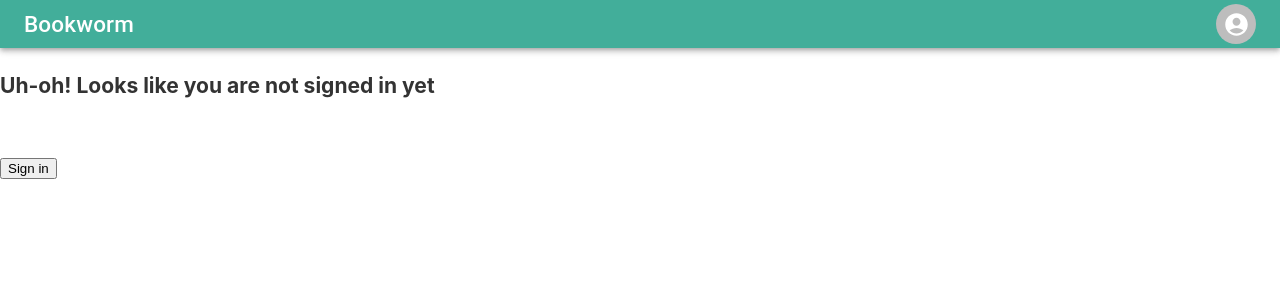
Repository: marianfran/bookworm
Page: /profile
The author's editor kept a copy of each file at every save. The page is drawn from the files as they stood at one save, then again after the next save.
The browser window is 1280 px wide. The pictures show the whole page.
The page's requests for data from a server got no answer. The project was rebuilt for these pictures with package versions that can differ from the ones it lists, and the page was loaded fresh each time. The framework's server and built-in components were replaced by stand-ins that run in the browser. No one was signed in, and anything a server would have sent is missing. Also part of the build but not shown: next.config.js.

Above is the page before, as saved 2023-03-13 22:56:48.

### src/pages/_app.js
import '../styles/globals.css'
import { SessionProvider } from 'next-auth/react'

export default function App({
  Component,
  pageProps: { session, ...pageProps },
}) {
  return (
    <SessionProvider session={session}>
      <Component {...pageProps} />
    </SessionProvider>
  )
}

### src/pages/profile.js
import { useSession, signIn, signOut } from "next-auth/react"
import { getServerSession } from "next-auth/next"
import { authOptions } from "./api/auth/[...nextauth]"

import MenuAppBar from "../../components/navbar"

export default function Component() {
  const { data: session } = useSession()
  if (session) {
    return (
        <div>
            <MenuAppBar />
            Signed in as {session.user.email} <br />
            <img src={session.user.image} />
            <p>{session.user.name}</p>
            <button onClick={() => signOut()}>Sign out</button>
        </div>
    )
  }
  return (
    <div>
        <MenuAppBar />
        <h3>Uh-oh! Looks like you are not signed in yet</h3> <br />
        <button onClick={() => signIn()}>Sign in</button>
    </div>
  )
}

// export async function getServerSideProps(context) {
//     const session = await getServerSession(context.req, context.res, authOptions)

//     if (!session) {
//         return {
//         redirect: {
//             destination: "/api/auth/signin",
//             permanent: false,
//             },
//         }
//     }

//   return {
//     props: { session },
//   }
// }

### src/styles/globals.css
html, body {
  margin: 0;
  padding: 0;
  min-height: 100vh;
  font-family: -apple-system, BlinkMacSystemFont, Segoe UI, Roboto, Oxygen,
    Ubuntu, Cantarell, Fira Sans, Droid Sans, Helvetica Neue, sans-serif;
  line-height: 1.6;
  font-size: 18px;
  color: #333;

}

### components/navbar.js
import * as React from 'react';
import AppBar from '@mui/material/AppBar';
import Box from '@mui/material/Box';
import Toolbar from '@mui/material/Toolbar';
import Typography from '@mui/material/Typography';
import Avatar from '@mui/material/Avatar';
import AccountCircleIcon from '@mui/icons-material/AccountCircle';

export default function MenuAppBar() {

  return (
    <Box sx={{ flexGrow: 1 }}>
      <AppBar style={{ background: '#42ae9a' }} position="static">
        <Toolbar sx={{display: 'flex', justifyContent: 'space-between'}}variant="dense">
          <Typography variant="h6" color="inherit" component="div">
            Bookworm
          </Typography>
          <Avatar>
            <AccountCircleIcon />
          </Avatar>
        </Toolbar>
      </AppBar>
    </Box>
  );
}

Loaded but not shown: src/pages/_document.js (common file); src/pages/api/auth/[...nextauth].js (common file)

After the next save:
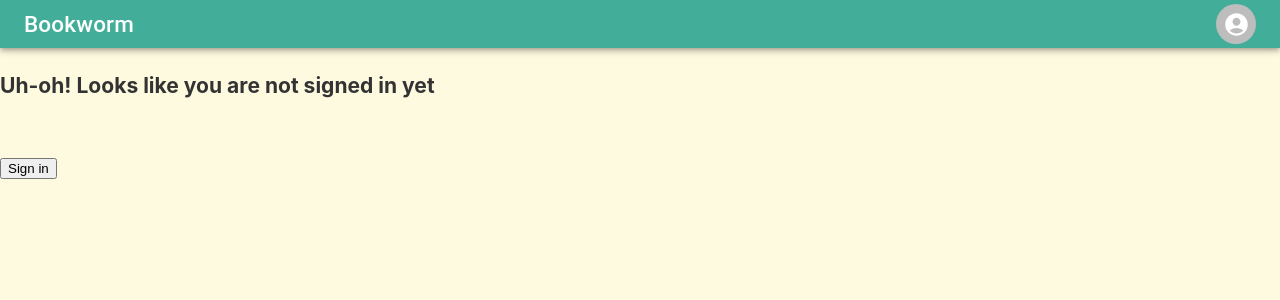
Saved 39 s later.
--- a/src/styles/globals.css
+++ b/src/styles/globals.css
@@ -7,5 +7,6 @@
   line-height: 1.6;
   font-size: 18px;
   color: #333;
+  background-color: #fefae0;
 
 }
